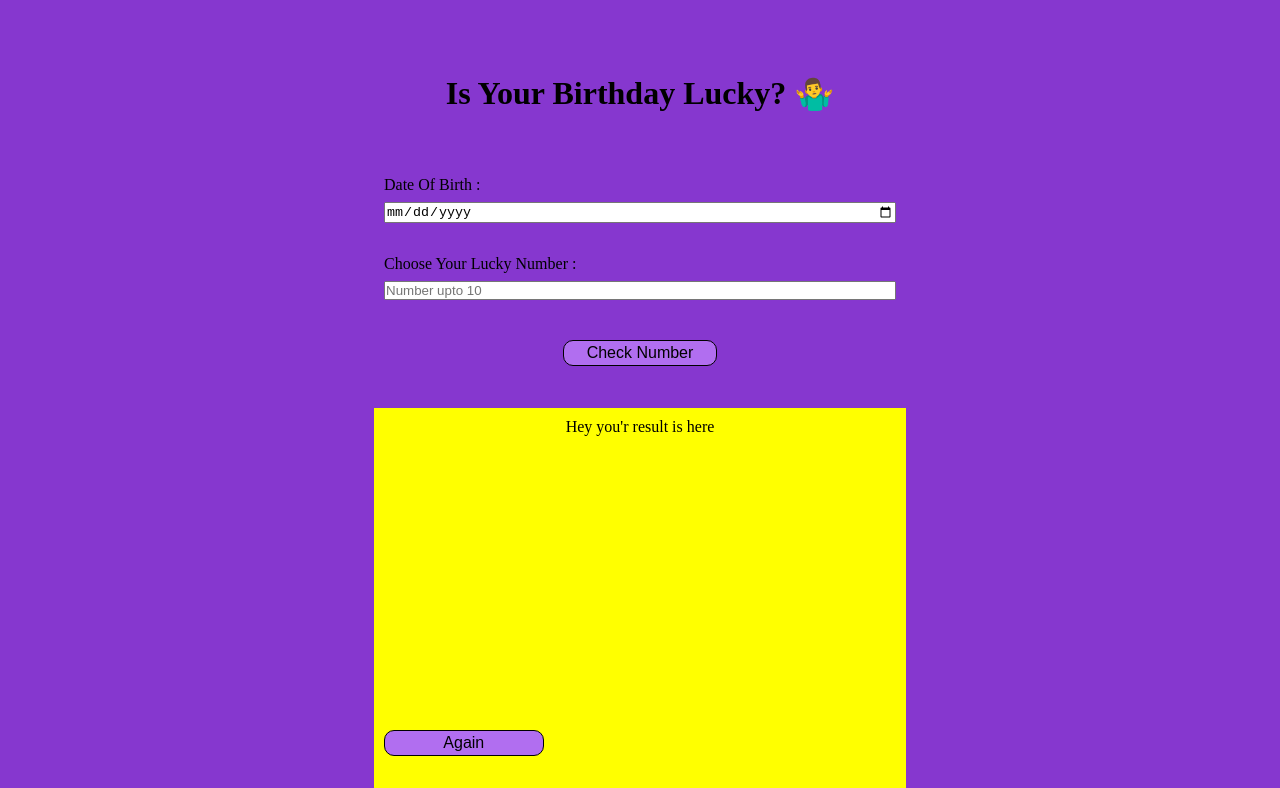
Repository: patelamancode/Lucky-Birthday-App
Page: index.html
These files come from the project's save history. The page is drawn as it stood at one moment and after the next save; the edit follows.
The browser window is 1280 px wide. The pictures show the whole page.

Above is the page before, as saved 2022-11-23 15:20:25.

After the next save:
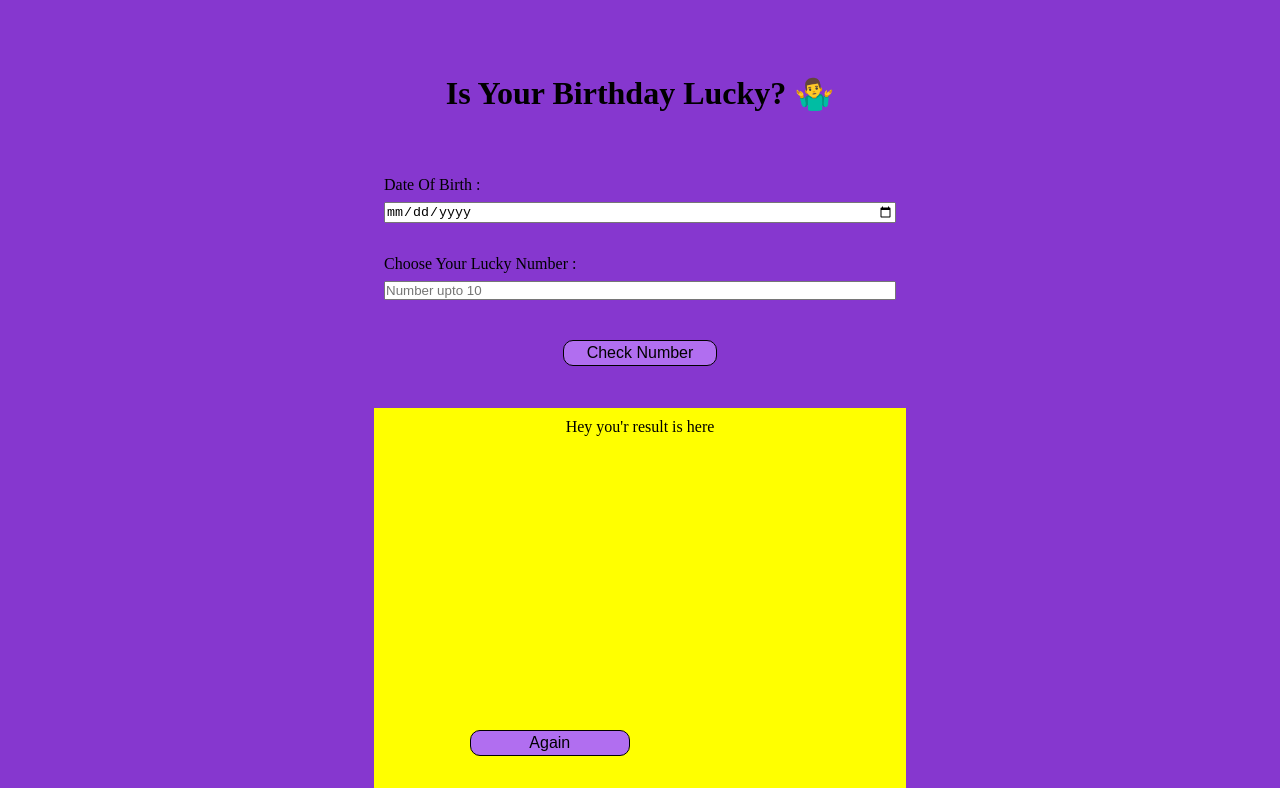
Saved 11 s later.
--- a/index.css
+++ b/index.css
@@ -62,5 +62,5 @@
  #back-btn{
    position: absolute;
    bottom: 2rem;
-   left: 50p;
+   left: 6rem;
  }
